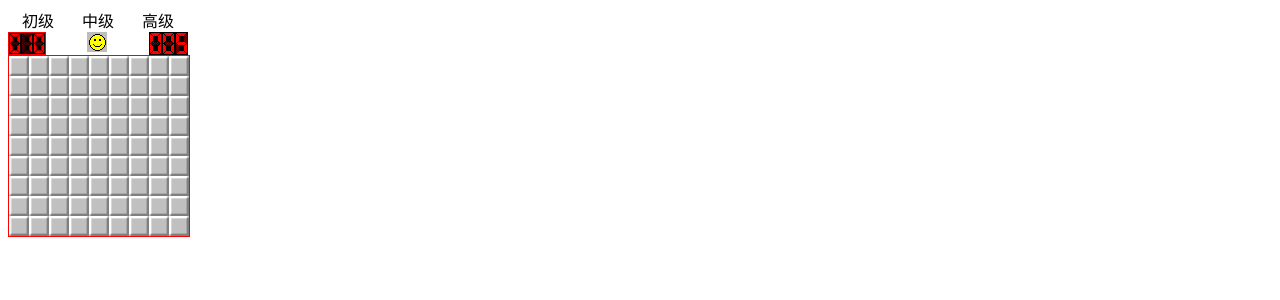
Repository: vLinv/MineSweeper
Page: index.html
These files come from the project's save history. The page is drawn as it stood at one moment and after the next save; the edit follows.
The browser window is 1280 px wide. The pictures show the whole page.

Above is the page before, as saved 2022-02-18 16:26:19.

### index.html
<!DOCTYPE html>
<html lang="en">

<head>
  <meta charset="UTF-8">
  <meta http-equiv="X-UA-Compatible" content="IE=edge">
  <meta name="viewport" content="width=device-width, initial-scale=1.0">
  <title>MineSweeper</title>
</head>

<body>
  <div class="level_select">
    <span class="level" onclick="changeLevel('primary')">初级</span>
    <span class="level" onclick="changeLevel('intermediate')">中级</span>
    <span class="level" onclick="changeLevel('advanced')">高级</span>
  </div>
  <div class="game_wrap">
    <div class="header_wrap">
      <canvas id="mineNumCanvas" width="39" height="23" style="border: 1px solid red;"></canvas>
      <div class="face_btn" onclick="restartGame()">
        <img src="./img/face_normal.gif" alt="">
      </div>
      <canvas id="timeCanvas" width="39" height="23"></canvas>
    </div>
    <div class="section_wrap">
      <canvas id="canvas" width="180" height="180"></canvas>
    </div>
  </div>
  <style>
    #canvas {
      border: 1px solid red;
    }

    .level_select {
      width: 180px;
      display: flex;
    }

    .level {
      flex: 1;
      text-align: center;
    }

    .header_wrap {
      width: 180px;
      height: 23px;
      display: flex;
    }

    #mineNumCanvas {
      flex: 1;
    }

    .face_btn {
      flex: 3;
      text-align: center;
    }

    #timeCanvas {
      flex: 1;
    }
  </style>
  <script>
    /** @type {HTMLCanvasElement} */
    // 游戏canvas
    const canvasNode = document.getElementById('canvas')
    const ctx = canvasNode.getContext('2d')
    // mineNum与timer Canvas
    const mineNumNode = document.getElementById('mineNumCanvas')
    const timerNode = document.getElementById('timeCanvas')
    const mineNumCtx = mineNumNode.getContext('2d')
    const timerCtx = timerNode.getContext('2d')

    // 存储图片路径（name, url）
    const imgArr = new Map();
    // 存储已加载好的图片 (name, img)
    const imgArrElement = new Map();
    // 资源是否加载完成
    let sourceInit = false;

    let mineSweeper = null;
    let curLevel = 'primary'

    const MAP_LEVEL = {
      'primary': {
        mapSize: [9, 9],
        mineNum: 10
      },
      'intermediate': {
        mapSize: [16, 16],
        mineNum: 40
      },
      'advanced': {
        mapSize: [16, 30],
        mineNum: 99
      }
    }

    function initImage() {
      imgArr.set('ask', './img/ask.gif')
      imgArr.set('blank', './img/blank.gif')
      imgArr.set('blood', './img/blood.gif')
      imgArr.set('flag', './img/flag.gif')
      imgArr.set('mine', './img/mine.gif')
      for (let i = 0; i <= 8; i++) {
        imgArr.set(i, './img/' + i + '.gif')
      }
      for (let i = 0; i <= 9; i++) {
        imgArr.set('num_' + i, './img/num_' + i + '.jpg');
      }
      const loadImage = (url) => {
        return new Promise((reslove) => {
          let img = new Image();
          img.onload = () => reslove(img)
          img.src = url
        })
      }
      const promiseArr = [];
      // 获取所有图片的promise对象并使用promise.all进行加载
      [...imgArr.keys()].forEach(e => {
        promiseArr.push(loadImage(imgArr.get(e)))
      });
      sourceInit = true;
      return Promise.all(promiseArr)
    }

    // 开始游戏
    async function startGame() {
      if (!sourceInit) {
        const res = await initImage()
        const keys = [...imgArr.keys()];
        res.forEach((item, index) => {
          imgArrElement.set(String(keys[index]), item)
        })
      }
      mineSweeper = new MineSweeper(curLevel);
      mineSweeper.initGame();
    }

    class MineSweeper {
      constructor(curLevel) {
        this.level = curLevel
        this.map = [];
        this.mapSizeX = 0;
        this.mapSizeY = 0;
        this.mineNum = 0;
        this.bombList = [];
        this.flagList = [];
        this.problemList = [];
        this.isGameOver = false;
        this.mineNumCanvas = mineNumCtx;
        this.timerCanvas = timerCtx;
        this.timer = null;
        this.time = 0;
      }

      initGame() {
        const {
          mapSize,
          mineNum
        } = MAP_LEVEL[this.level]
        this.mapSizeX = mapSize[0];
        this.mapSizeY = mapSize[1];
        canvasNode.width = this.mapSizeX * 20;
        canvasNode.height = this.mapSizeY * 20;
        this.mineNum = mineNum;
        this.buildMap();
        this.buildBomb();
        this.drawMap();
        this.drawGameInfo(this.mineNum, this.mineNumCanvas);
        this.drawGameInfo(this.time, this.timerCanvas)
        this.timer = setInterval(() => {
          this.time += 1;
          this.drawGameInfo(this.time, this.timerCanvas)
          if (this.time >= 999) {
            this.time = 0;
          }
        }, 1000)
      }

      buildMap() {
        for (let i = 0; i < this.mapSizeY; i++) {
          this.map.push(new Array(this.mapSizeX).fill(-1))
        }
      }

      buildBomb() {
        let curBomb = 0;
        while (curBomb < this.mineNum) {
          let xPos = Number.parseInt(Math.random() * this.mapSizeX);
          let yPos = Number.parseInt(Math.random() * this.mapSizeY);
          if (this.bombList.find(item => {
              return xPos === item[0] && yPos === item[1]
            }) === undefined) {
            this.bombList.push([xPos, yPos])
            curBomb++;
          }
        }
      }
      // 绘制
      drawMap() {
        const blankImg = imgArrElement.get('blank')
        const flag = imgArrElement.get('flag')
        console.log(this.map);
        console.log(this.mapSizeX, this.mapSizeY);
        for (let i = 0; i < this.mapSizeX; i++) {
          for (let j = 0; j < this.mapSizeY; j++) {
            if (this.map[i][j] == -1) {
              ctx.drawImage(blankImg, 0, 0, blankImg.width, blankImg.height, 20 * i, 20 * j, 20, 20)
            } else if (this.map[i][j] >= 0) {
              const numImg = imgArrElement.get(this.map[i][j] + '')
              ctx.drawImage(numImg, 0, 0, numImg.width, numImg.height, 20 * i, 20 * j, 20, 20)
            }
            if (this.posInflagList(i, j) !== -1) {
              ctx.drawImage(flag, 0, 0, flag.width, flag.height, 20 * i, 20 * j, 20, 20)
            }
          }
        }
      }

      drawAllBomb(xPos, yPos) {
        const blood = imgArrElement.get('blood')
        const mine = imgArrElement.get('mine')
        // 绘制所有地雷
        this.bombList.forEach(e => {
          if (e[0] === xPos && e[1] === yPos) {
            ctx.drawImage(blood, 0, 0, blood.width, blood.height, 20 * e[0], 20 * e[1], 20, 20)
          } else {
            ctx.drawImage(mine, 0, 0, mine.width, mine.height, 20 * e[0], 20 * e[1], 20, 20)
          }
        })
      }


      // 绘制地雷数与计时器
      drawGameInfo(num, ctx) {
        // 将num转换为3位数字
        const tmpArr = new Array(3).fill(0);
        const arr = [...num + '']
        while (arr.length < 3) {
          arr.unshift('0')
        }
        for (let i = 0; i < 3; i++) {
          ctx.drawImage(imgArrElement.get('num_' + arr[i]), i * 13, 0)
        }
      }

      // 获取(xPos, yPos)周围八格位置
      getAroundGrid(xPos, yPos) {
        const pos = [-1, 0, 1];
        const around = [];
        for (let i = 0; i < pos.length; i++) {
          let tmpxPos = xPos + pos[i];
          // 边界
          if (tmpxPos < 0 || tmpxPos >= this.mapSizeX) {
            continue
          }
          for (let j = 0; j < pos.length; j++) {
            let tmpyPos = yPos + pos[j];
            if (tmpyPos < 0 || tmpyPos >= this.mapSizeY || (tmpxPos === xPos && tmpyPos === yPos)) {
              continue
            }
            around.push([tmpxPos, tmpyPos])
          }
        }
        return around;
      }

      // 点击(xPos, yPos)操作
      clickPos(xPos, yPos) {
        // 判断游戏是否结束
        if (this.posInBombList(xPos, yPos)) {
          this.gameOver(xPos, yPos);
          return;
        }
        const queue = []
        queue.push([xPos, yPos]);
        while (queue.length > 0) {
          let tmpNode = queue.shift()
          let tmpxPos = tmpNode[0],
            tmpyPos = tmpNode[1]
          // 该点为雷或已经打开则跳过
          if (this.posInBombList(tmpxPos, tmpyPos) || this.map[tmpxPos][tmpyPos] >= 0) {
            continue;
          }
          const around = this.getAroundGrid(tmpxPos, tmpyPos, this.map.length)
          // around中有几个雷
          let bombNum = 0
          around.forEach(x => {
            this.bombList.forEach(y => {
              if (x[0] === y[0] && x[1] === y[1]) {
                bombNum++;
              }
            })
          })
          this.map[tmpxPos][tmpyPos] = bombNum;
          // 如果周围没有雷，则继续打开周围坐标
          if (bombNum === 0) {
            queue.push(...around)
          }
        }
        this.drawMap()
      }

      // 游戏结束操作
      gameOver(xPos, yPos) {
        this.drawAllBomb(xPos, yPos)
        this.isGameOver = true;
      }

      // (xPos, yPos)是否为雷
      posInBombList(xPos, yPos) {
        // true: 存在
        return this.bombList.find(item => {
          return xPos === item[0] && yPos === item[1]
        }) !== undefined
      }

      // (xPos, yPos)是否被标记
      posInflagList(xPos, yPos) {
        return this.flagList.findIndex(item => {
          return xPos === item[0] && yPos === item[1]
        })
      }

      // 判断游戏是否胜利
      checkGameWin() {
        // 剩余未打开格子都存在于bombList中
        for (let i = 0; i < this.mapSizeX; i++) {
          for (let j = 0; j < this.mapSizeY; j++) {
            let tmpGrid = this.map[i][j]
            if (tmpGrid < 0 && !this.posInBombList(i, j)) {
              return false;
            }
          }
        }
        return true;
      }

      // 标记(xPos, yPos)
      signBomb(xPos, yPos) {
        const pos = this.posInflagList(xPos, yPos)
        if (pos !== -1) {
          this.flagList.splice(pos, 1)
        } else {
          this.flagList.push([xPos, yPos])
        }
        this.drawGameInfo(this.mineNum - this.flagList.length, this.mineNumCanvas)
        this.drawMap()
      }

      closeTimer() {
        clearInterval(this.timer)
      }
    }

    // 监听点击事件
    document.addEventListener('click', e => {
      if (e.target !== canvas || mineSweeper.isGameOver) {
        return;
      }
      mineSweeper.clickPos(Number.parseInt(e.offsetX / 20), Number.parseInt(e.offsetY / 20))
    })

    // 监听右键事件
    document.oncontextmenu = e => {
      if (e.target !== canvas || mineSweeper.isGameOver) {
        return false;
      }
      const xPos = Number.parseInt(Number.parseInt(e.offsetX / 20)),
        yPos = Number.parseInt(Number.parseInt(e.offsetY / 20))
      mineSweeper.signBomb(xPos, yPos)
      return false;
    };

    function restartGame() {
      mineSweeper.closeTimer();
      startGame();
    }


    // 改变等级
    function changeLevel(level) {
      curLevel = level
      restartGame();
    }
    startGame();
  </script>
</body>

</html>

After the next save:
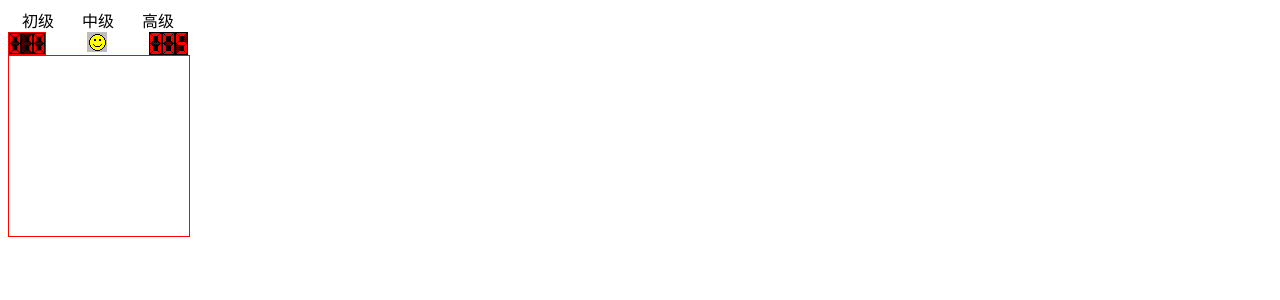
Saved 6 s later.
--- a/index.html
+++ b/index.html
@@ -206,7 +206,8 @@
         for (let i = 0; i < this.mapSizeX; i++) {
           for (let j = 0; j < this.mapSizeY; j++) {
             if (this.map[i][j] == -1) {
-              ctx.drawImage(blankImg, 0, 0, blankImg.width, blankImg.height, 20 * i, 20 * j, 20, 20)
+              console.log('1');
+              // ctx.drawImage(blankImg, 0, 0, blankImg.width, blankImg.height, 20 * i, 20 * j, 20, 20)
             } else if (this.map[i][j] >= 0) {
               const numImg = imgArrElement.get(this.map[i][j] + '')
               ctx.drawImage(numImg, 0, 0, numImg.width, numImg.height, 20 * i, 20 * j, 20, 20)

After the 2 saves that followed:
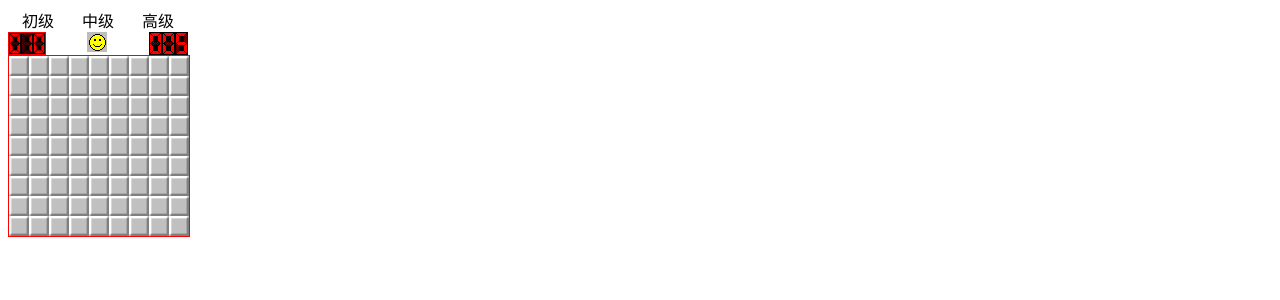
The 2 saves are shown as one change because they came seconds apart.
The last was saved 12 s later.
--- a/index.html
+++ b/index.html
@@ -205,9 +205,8 @@
         console.log(this.mapSizeX, this.mapSizeY);
         for (let i = 0; i < this.mapSizeX; i++) {
           for (let j = 0; j < this.mapSizeY; j++) {
-            if (this.map[i][j] == -1) {
-              console.log('1');
-              // ctx.drawImage(blankImg, 0, 0, blankImg.width, blankImg.height, 20 * i, 20 * j, 20, 20)
+            if (this.map[i][j] === -1) {
+              ctx.drawImage(blankImg, 0, 0, blankImg.width, blankImg.height, 20 * i, 20 * j, 20, 20)
             } else if (this.map[i][j] >= 0) {
               const numImg = imgArrElement.get(this.map[i][j] + '')
               ctx.drawImage(numImg, 0, 0, numImg.width, numImg.height, 20 * i, 20 * j, 20, 20)
